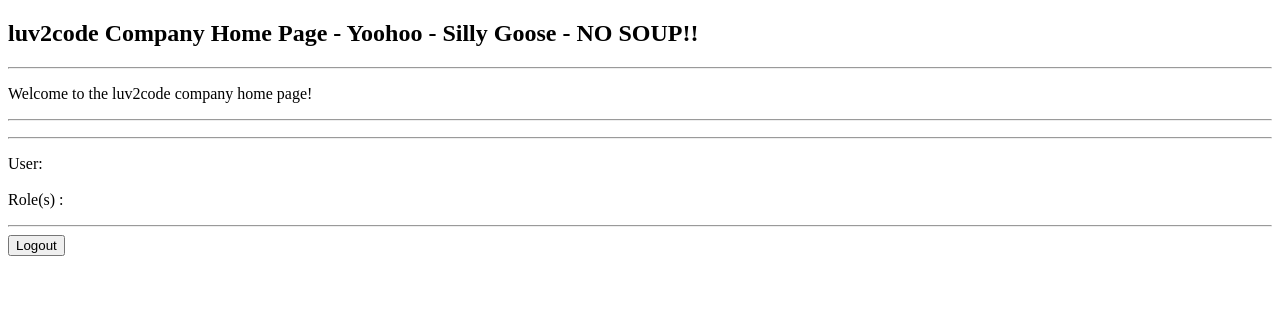
Repository: shinjuno123/spring-security
Page: http://localhost/spring-security-demo-07-user-roles/WEB-INF/view/home.jsp
The author's editor kept a copy of each file at every save. The page is drawn from the files as they stood at one save, then again after the next save.
The browser window is 1280 px wide. The pictures show the whole page.
The page is served by Tomcat 9. Nobody is signed in. Other server files are loaded and not shown. The template is opened directly, without the code that normally fills it, so the values that code supplies are empty.

Above is the page before, as saved 2023-01-11 17:24:37.

### spring-security-demo-07-user-roles/src/main/webapp/WEB-INF/view/home.jsp
<%@ taglib prefix="form" uri="http://www.springframework.org/tags/form"%>
<%@ taglib prefix="security" uri="http://www.springframework.org/security/tags"%>

<!DOCTYPE html>
<html>
<head>
	<title>luv2code Company Home Page</title>
</head>
<body>
	<h2>luv2code Company Home Page - Yoohoo - Silly Goose - NO SOUP!!</h2>
	<hr>

	<p>
	Welcome to the luv2code company home page!
	</p>

	<hr>

	<!-- Add a link to point to /leaders ... this is for the managers -->

	<p></p>

	<hr>

	<!-- display user name and role -->
	<p>
		User: <security:authentication property="principal.username"/>
		<br><br>
		Role(s) : <security:authentication property="principal.authorities"/>
	</p>

	<hr>

	<!-- Add a logout button -->
	<form:form action="${pageContext.request.contextPath}/logout" method="POST">
		<input type="submit" value="Logout" />
	</form:form>

</body>
</html>

After the next save:
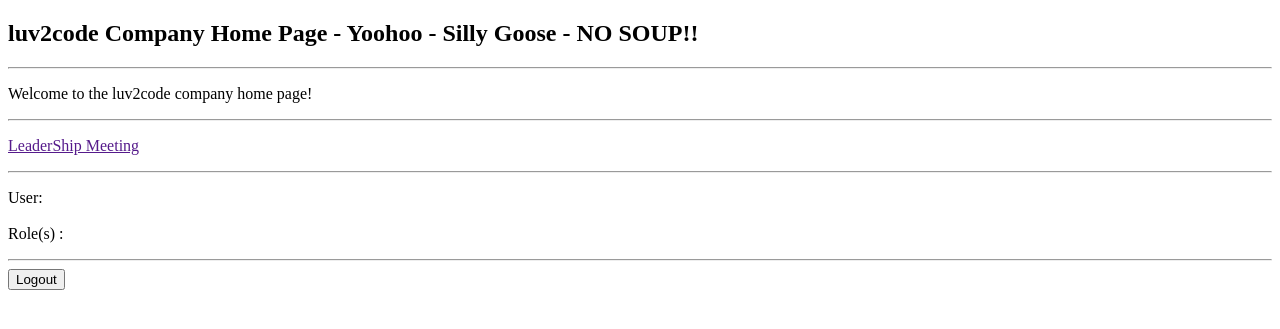
Saved 22 s later.
--- a/spring-security-demo-07-user-roles/src/main/webapp/WEB-INF/view/home.jsp
+++ b/spring-security-demo-07-user-roles/src/main/webapp/WEB-INF/view/home.jsp
@@ -18,7 +18,9 @@
 
 	<!-- Add a link to point to /leaders ... this is for the managers -->
 
-	<p></p>
+	<p>
+		<a href="">LeaderShip Meeting</a>
+	</p>
 
 	<hr>
 
